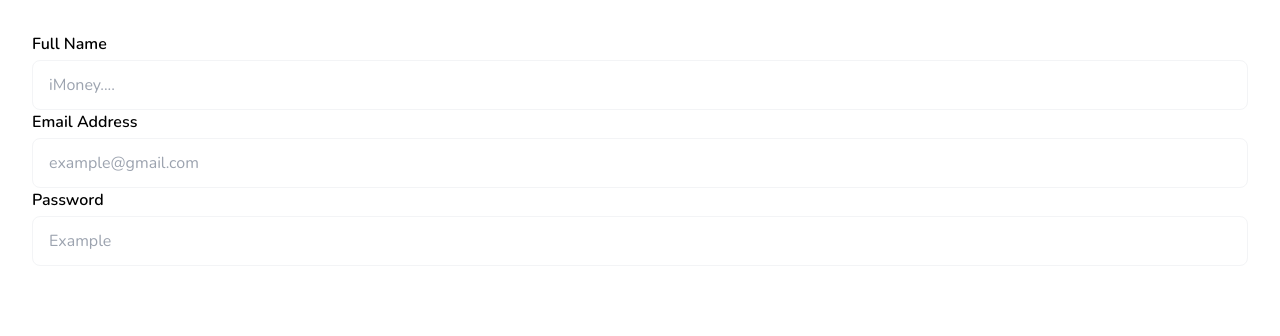
Repository: maixuanhieu/iMoney-VueJS
Page: /register
The author's editor kept a copy of each file at every save. The page is drawn from the files as they stood at one save, then again after a run of saves.
The browser window is 1280 px wide. The pictures show the whole page.
The project was rebuilt for these pictures with package versions that can differ from the ones it lists, and the page was loaded fresh each time.

Above is the page before, as saved 2021-11-18 11:34:21.

### public/index.html
<!DOCTYPE html>
<html lang="">
  <head>
    <meta charset="utf-8">
    <meta http-equiv="X-UA-Compatible" content="IE=edge">
    <meta name="viewport" content="width=device-width,initial-scale=1.0">
    <link rel="icon" href="<%= BASE_URL %>favicon.ico">
    <title><%= htmlWebpackPlugin.options.title %></title>
    <link rel="preconnect" href="https://fonts.googleapis.com">
<link rel="preconnect" href="https://fonts.gstatic.com" crossorigin>
<link href="https://fonts.googleapis.com/css2?family=Nunito:ital,wght@0,200;0,300;0,400;0,600;0,700;0,800;0,900;1,200;1,300;1,400;1,600;1,700;1,800;1,900&family=Source+Sans+Pro&display=swap" rel="stylesheet">
  </head>
  <body>
    <noscript>
      <strong>We're sorry but <%= htmlWebpackPlugin.options.title %> doesn't work properly without JavaScript enabled. Please enable it to continue.</strong>
    </noscript>
    <div id="app"></div>
    <!-- built files will be auto injected -->
  </body>
</html>

### src/main.js
import { createApp } from "vue";
import App from "./App.vue";
import router from "./router";

import './assets/styles/tailwind.css';
import './assets/styles/global.css';

import { registerGlobalComponents } from "./utils/import";

const app = createApp(App);

registerGlobalComponents(app);

app.use(router);

app.mount("#app");

### src/App.vue
<template>
  <component :is="layout">
    <router-view />
  </component>
</template>

<script>
import { computed } from "vue";
import { useRoute } from "vue-router";

import { PUBLIC_LAYOUT } from "@/constants/"
export default {
  setup() {
    const route = useRoute();
    console.log(route);
    return {
      layout: computed(() => (route.meta.layout || PUBLIC_LAYOUT) + '-layout')
    };
  },
};
</script>

### src/router/index.js
import { createRouter, createWebHistory } from "vue-router";


const routes = [
  {
    path: "/",
    name: "Home",
    component: () => import(/* webpackChunkName: "home" */ "../views/index.vue"),
  },
  {
    path: "/register",
    name: "Register",
    meta: {
      layout: "auth",
    },
    component: () =>
      import(/* webpackChunkName: "register" */ "../views/register.vue"),
  },
];

const router = createRouter({
  history: createWebHistory(process.env.BASE_URL),
  routes,
});

export default router;

### src/assets/styles/global.css
body{
  font-family: 'Nunito', sans-serif;
  font-size: 16px;
}





@font-face {
  font-family: "t2ico";
  src: url("../fonts/t2ico.eot?84r94p");
  src: url("../fonts/t2ico.eot?84r94p#iefix") format("embedded-opentype"),
    url("../fonts/t2ico.ttf?84r94p") format("truetype"),
    url("../fonts/t2ico.woff?84r94p") format("woff"),
    url("../fonts/t2ico.svg?84r94p#t2ico") format("svg");
  font-weight: normal;
  font-style: normal;
  font-display: block;
}

i {
  /* use !important to prevent issues with browser extensions that change fonts */
  font-family: "t2ico" !important;
  speak: never;
  font-style: normal;
  font-weight: normal;
  font-variant: normal;
  text-transform: none;
  line-height: 1;

  /* Better Font Rendering =========== */
  -webkit-font-smoothing: antialiased;
  -moz-osx-font-smoothing: grayscale;
}

.t2ico-users:before {
  content: "\e915";
  color: #363853;
}
.t2ico-arrow-right:before {
  content: "\e916";
  color: #363853;
}
.t2ico-calendar:before {
  content: "\e917";
  color: #363853;
}
.t2ico-camera:before {
  content: "\e918";
  color: #363853;
}
.t2ico-category:before {
  content: "\e919";
  color: #363853;
}
.t2ico-chart:before {
  content: "\e91a";
  color: #363853;
}
.t2ico-document:before {
  content: "\e91b";
  color: #363853;
}
.t2ico-filter:before {
  content: "\e91c";
  color: #363853;
}
.t2ico-info-square:before {
  content: "\e91d";
  color: #363853;
}
.t2ico-location:before {
  content: "\e91e";
  color: #363853;
}
.t2ico-logout:before {
  content: "\e91f";
  color: #363853;
}
.t2ico-notification:before {
  content: "\e920";
  color: #363853;
}
.t2ico-plus:before {
  content: "\e921";
  color: #363853;
}
.t2ico-presentation:before {
  content: "\e922";
  color: #363853;
}
.t2ico-profile:before {
  content: "\e923";
  color: #363853;
}
.t2ico-setting:before {
  content: "\e924";
  color: #363853;
}
.t2ico-lock:before {
  content: "\e925";
  color: #363853;
}
.t2ico-ticket-star:before {
  content: "\e926";
  color: #363853;
}
.t2ico-trending-down:before {
  content: "\e927";
  color: #363853;
}
.t2ico-trending-up:before {
  content: "\e928";
  color: #363853;
}
.t2ico-wallet:before {
  content: "\e929";
  color: #363853;
}

### src/utils/import.js
import { defineAsyncComponent } from "vue";

export function registerGlobalComponents(app) {
  app.component(
    "auth-layout",
    defineAsyncComponent(() => import("@/layouts/auth"))
  );

  app.component(
    "default-layout",
    defineAsyncComponent(() => import("@/layouts/default"))
  );
}

### src/constants/index.js
export const PUBLIC_LAYOUT = 'default';

### src/views/register.vue
<template>
 <div class="mt-8">
   <div class="container mx-auto px-8">
     <form @submit="onSubmit">
       <div class="row mt-6 first:mt-0">
         <label class="flex flex-col" for="fullName">
           <span class="font-semibold">Full Name</span>
           <input
           id="fullName"
           class="px-4 py-3 rounded-lg border border-gray-100 mt-1"
           type="text"
           placeholder="iMoney...." />
         </label>
       </div>

        <div class="row">
         <label class="flex flex-col" for="email">
           <span class="font-semibold">Email Address</span>
           <input
           id="email"
           class="px-4 py-3 rounded-lg border border-gray-100 mt-1"
           type="email"
           placeholder="example@gmail.com" />
         </label>
       </div>

        <div class="row">
         <label class="flex flex-col" for="password">
           <span class="font-semibold">Password</span>
           <input
           id="password"
           class="px-4 py-3 rounded-lg border border-gray-100 mt-1"
           type="password"
           placeholder="Example" />
         </label>
       </div>
     </form>
   </div>
 </div>
</template>


<script>
export default {
  setup(){
    function onSubmit(){}
    return { onSubmit }
  },
}
</script>

### src/layouts/default.vue
<template>
    <h1>Default Layout</h1>

    <slot />
</template>

Loaded but not shown: src/assets/styles/tailwind.css (common file); src/layouts/auth.vue (common file); tailwind.config.js (common file)

After the next 2 saves:
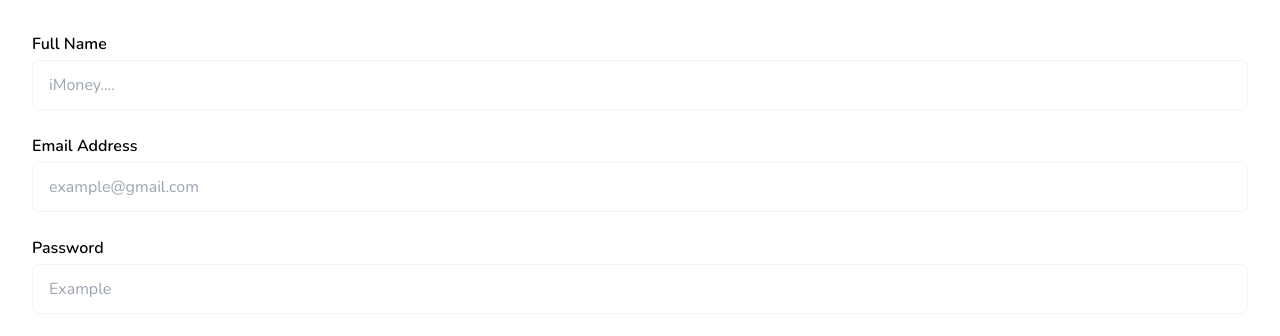
The 2 saves are shown as one change because they came seconds apart.
The last was saved 16 s later.
--- a/src/views/register.vue
+++ b/src/views/register.vue
@@ -13,7 +13,7 @@
          </label>
        </div>
 
-        <div class="row">
+        <div class="row mt-6 first:mt-0">
          <label class="flex flex-col" for="email">
            <span class="font-semibold">Email Address</span>
            <input
@@ -24,7 +24,7 @@
          </label>
        </div>
 
-        <div class="row">
+        <div class="row mt-6 first:mt-0">
          <label class="flex flex-col" for="password">
            <span class="font-semibold">Password</span>
            <input

After the 3 saves that followed:
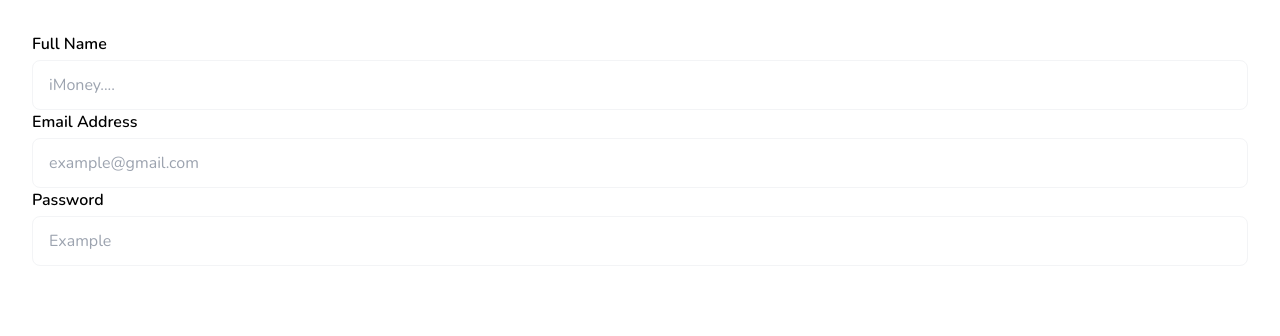
The 3 saves are shown as one change because they came seconds apart.
The last was saved 97 s later.
--- a/src/views/register.vue
+++ b/src/views/register.vue
@@ -2,7 +2,7 @@
  <div class="mt-8">
    <div class="container mx-auto px-8">
      <form @submit="onSubmit">
-       <div class="row mt-6 first:mt-0">
+       <div class="row">
          <label class="flex flex-col" for="fullName">
            <span class="font-semibold">Full Name</span>
            <input
@@ -13,7 +13,7 @@
          </label>
        </div>
 
-        <div class="row mt-6 first:mt-0">
+        <div class="row">
          <label class="flex flex-col" for="email">
            <span class="font-semibold">Email Address</span>
            <input
@@ -24,7 +24,7 @@
          </label>
        </div>
 
-        <div class="row mt-6 first:mt-0">
+        <div class="row">
          <label class="flex flex-col" for="password">
            <span class="font-semibold">Password</span>
            <input
